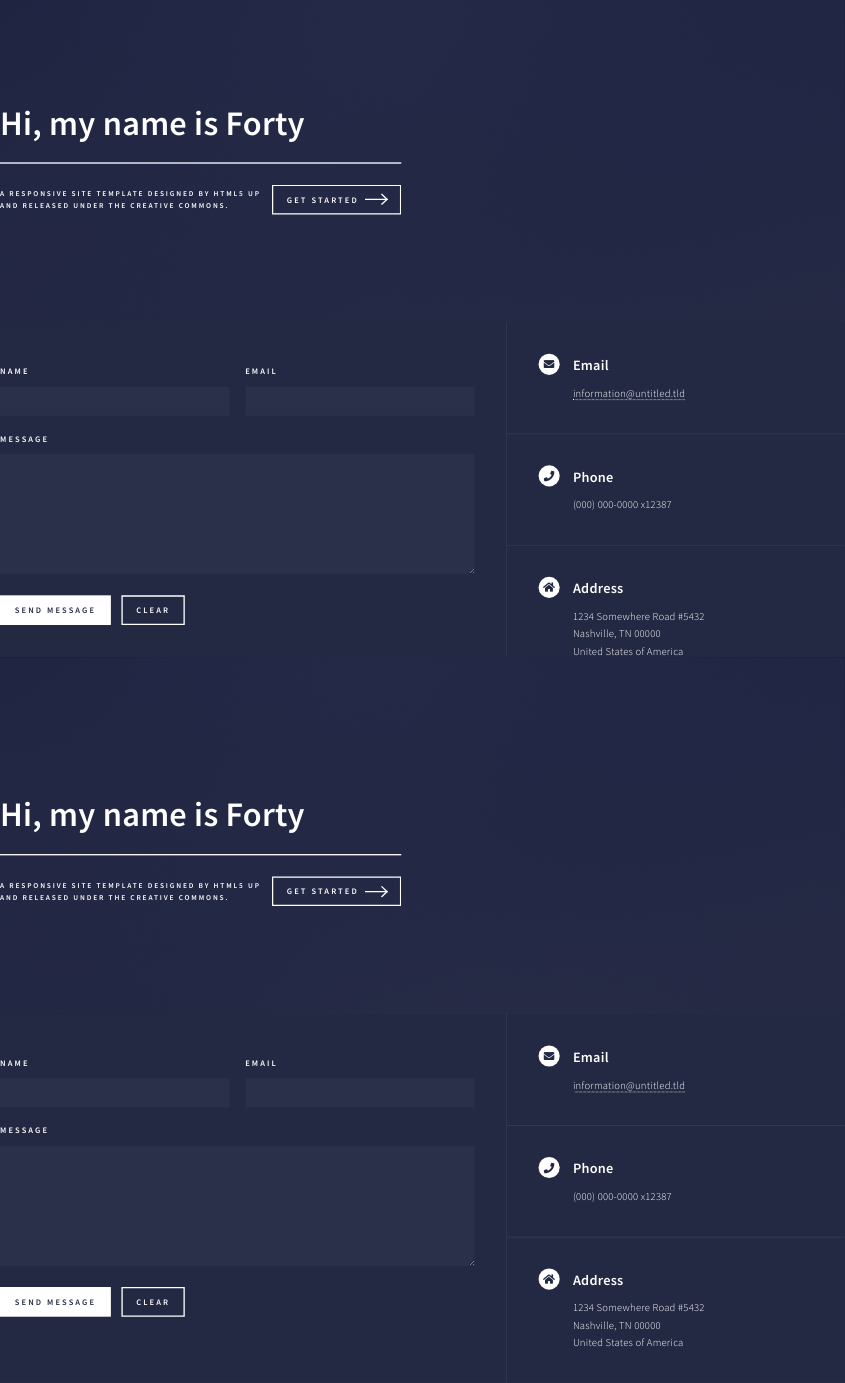
Repository: instructorc/node_app_ex_cweb2113sp21
Page: http://localhost/
The author's editor kept a record of every edit. The page is drawn from the files as they stood at one moment, then again after the next edit.
The browser window is 1280 px wide. The pictures show the whole page, at 66% of full size.
The page is served by the project's Node server (node_app/app.js). Other server files are loaded and not shown.

Above is the page before.

### node_app/views/layout.hbs
<!DOCTYPE html>
<html>
  <head>
    <title>{{title}}</title>
    <link rel='stylesheet' href='/stylesheets/style.css' />
  </head>
  <body>
    {{{body}}}
  </body>
</html>


<!DOCTYPE HTML>
<!--
	Forty by HTML5 UP
	html5up.net | @ajlkn
	Free for personal and commercial use under the CCA 3.0 license (html5up.net/license)
-->
<html>
	<head>
		<title>{{title}}</title>
		<meta charset="utf-8" />
		<meta name="viewport" content="width=device-width, initial-scale=1, user-scalable=no" />
		<link rel="stylesheet" href="assets/css/main.css" />
		<noscript><link rel="stylesheet" href="assets/css/noscript.css" /></noscript>
	</head>
	<body class="is-preload">
    {{{body}}}

		<!-- Scripts -->
			<script src="assets/js/jquery.min.js"></script>
			<script src="assets/js/jquery.scrolly.min.js"></script>
			<script src="assets/js/jquery.scrollex.min.js"></script>
			<script src="assets/js/browser.min.js"></script>
			<script src="assets/js/breakpoints.min.js"></script>
			<script src="assets/js/util.js"></script>
			<script src="assets/js/main.js"></script>

	</body>
</html>

### node_app/views/index.hbs



				<!-- Banner -->
					<section id="banner" class="major">
						<div class="inner">
							<header class="major">
								<h1>Hi, my name is Forty</h1>
							</header>
							<div class="content">
								<p>A responsive site template designed by HTML5 UP<br />
								and released under the Creative Commons.</p>
								<ul class="actions">
									<li><a href="#one" class="button next scrolly">Get Started</a></li>
								</ul>
							</div>
						</div>
					</section>

				<!-- Main -->
					<div id="main">



					</div>

				<!-- Contact -->
					<section id="contact">
						<div class="inner">
							<section>
								<form method="GET" action="https://kcmapjz874.execute-api.us-east-1.amazonaws.com/default/contactForm">
									<div class="fields">
										<div class="field half">
											<label for="name">Name</label>
											<input type="text" name="name" id="name" />
										</div>
										<div class="field half">
											<label for="email">Email</label>
											<input type="text" name="email" id="email" />
										</div>
										<div class="field">
											<label for="message">Message</label>
											<textarea name="message" id="message" rows="6"></textarea>
										</div>
									</div>
									<ul class="actions">
										<li><input type="submit" value="Send Message" class="primary" /></li>
										<li><input type="reset" value="Clear" /></li>
									</ul>
								</form>
							</section>
							<section class="split">
								<section>
									<div class="contact-method">
										<span class="icon solid alt fa-envelope"></span>
										<h3>Email</h3>
										<a href="#">information@untitled.tld</a>
									</div>
								</section>
								<section>
									<div class="contact-method">
										<span class="icon solid alt fa-phone"></span>
										<h3>Phone</h3>
										<span>(000) 000-0000 x12387</span>
									</div>
								</section>
								<section>
									<div class="contact-method">
										<span class="icon solid alt fa-home"></span>
										<h3>Address</h3>
										<span>1234 Somewhere Road #5432<br />
										Nashville, TN 00000<br />
										United States of America</span>
									</div>
								</section>
							</section>
						</div>
					</section>

Loaded but not shown: node_app/routes/index.js (common file); node_app/public/stylesheets/style.css (common file); assets/js/jquery.min.js (library); assets/js/jquery.scrolly.min.js (common file); assets/js/jquery.scrollex.min.js (common file); assets/js/browser.min.js (common file); assets/js/breakpoints.min.js (common file); assets/css/fontawesome-all.min.css (library); node_app/public/javascripts/jquery.min.js (library); assets/js/util.js (587 lines, source omitted); assets/js/main.js (335 lines, source omitted); node_app/app.js (41 lines, source omitted); assets/css/main.css (3952 lines, source omitted)

After the next edit:
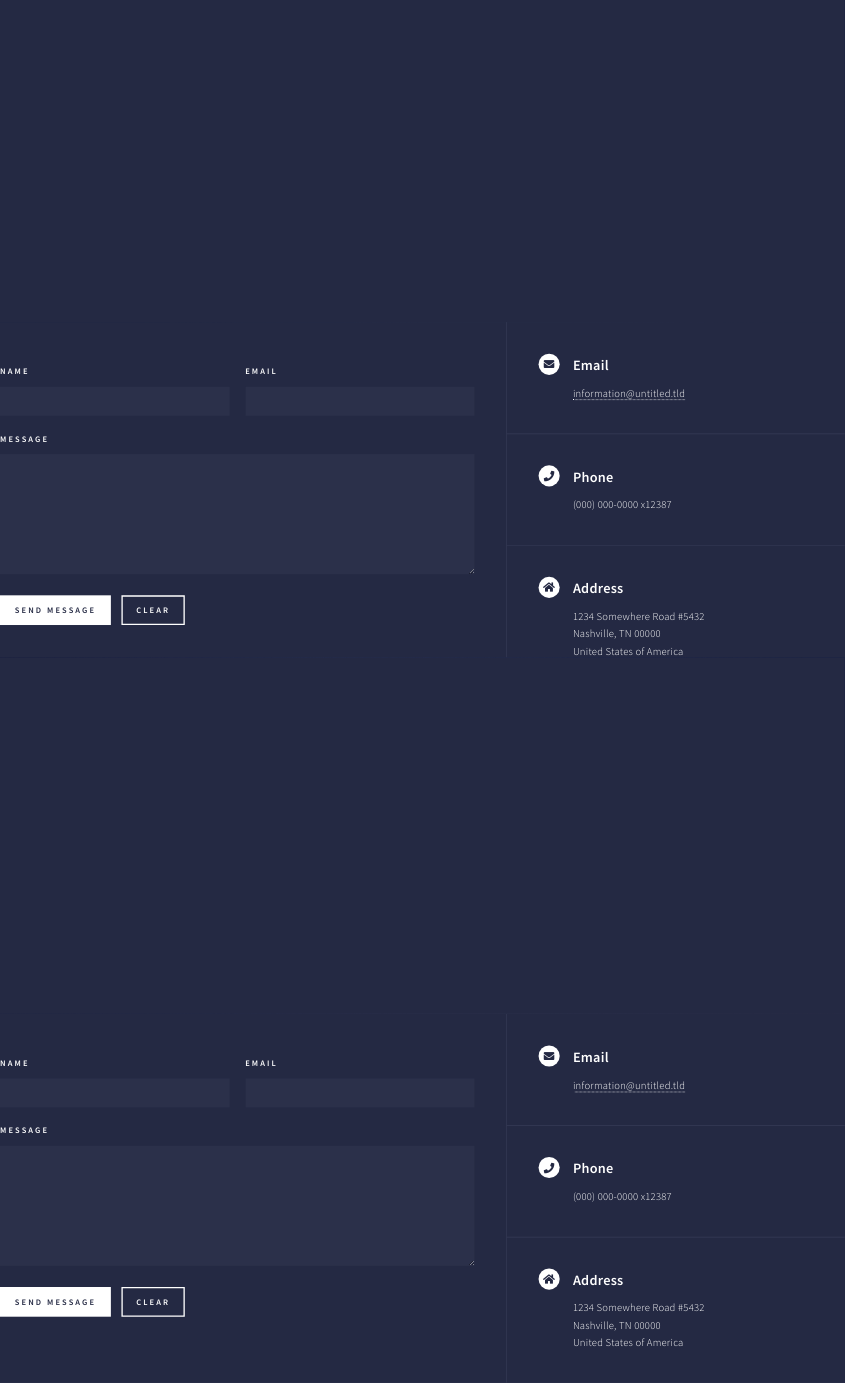
Not found: javascripts/js/breakpoints.min.js
Not found: javascripts/js/browser.min.js
Not found: javascripts/js/jquery.scrollex.min.js
The edit:
--- a/node_app/views/layout.hbs
+++ b/node_app/views/layout.hbs
@@ -28,13 +28,13 @@
     {{{body}}}
 
 		<!-- Scripts -->
-			<script src="assets/js/jquery.min.js"></script>
-			<script src="assets/js/jquery.scrolly.min.js"></script>
-			<script src="assets/js/jquery.scrollex.min.js"></script>
-			<script src="assets/js/browser.min.js"></script>
-			<script src="assets/js/breakpoints.min.js"></script>
-			<script src="assets/js/util.js"></script>
-			<script src="assets/js/main.js"></script>
+			<script src="javascripts/jquery.min.js"></script>
+			<script src="javascripts/js/jquery.scrolly.min.js"></script>
+			<script src="javascripts/js/jquery.scrollex.min.js"></script>
+			<script src="javascripts/js/browser.min.js"></script>
+			<script src="javascripts/js/breakpoints.min.js"></script>
+			<script src="javascripts/js/util.js"></script>
+			<script src="javascripts/js/main.js"></script>
 
 	</body>
 </html>
